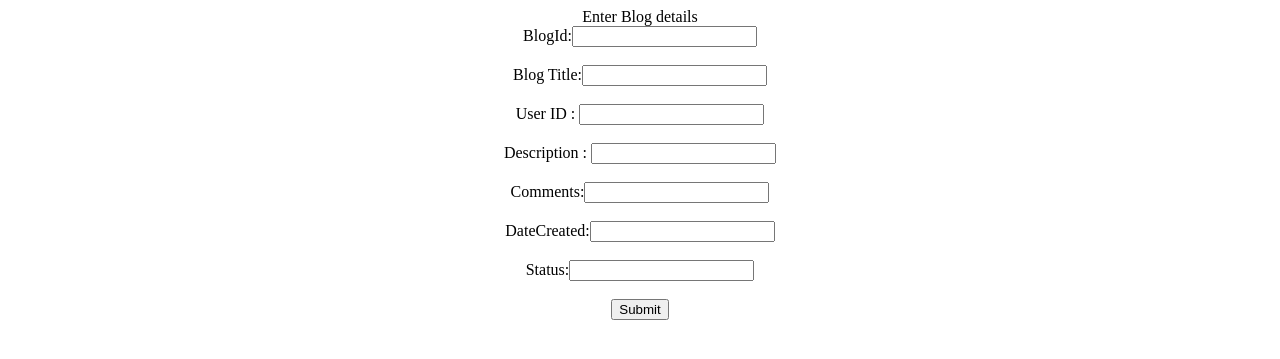
Repository: santosh345/Collabortion
Page: CollaborationFrontEnd/WebContent/c_blog/CreateBlog.html
These files come from the project's save history. The page is drawn as it stood at one moment and after the next save; the edit follows.
The browser window is 1280 px wide. The pictures show the whole page.

Above is the page before, as saved 2017-05-29 02:52:00.

### CollaborationFrontEnd/WebContent/c_blog/CreateBlog.html
<div ng-controller="BlogController as ctrl">
<center>Enter Blog details</center>
<center>
<form ng-submit="ctrl.Submit()" class="form-horizontal">

BlogId:<input type="text" ng-model="ctrl.blog.blogId"><br><br>

Blog Title:<input type="text" ng-model="ctrl.blog.blogtitle"/><br><br>

User ID : <input type="text" ng-model="ctrl.blog.blogUser_Id"/><br><br>

Description : <input type="text" ng-model="ctrl.blog.blogDescription"/><br><br>

Comments:<input type="text" ng-model="ctrl.blogcomments"/><br></br>

DateCreated:<input type="text" ng-model="ctrl.blogdatecreated"/><br></br>

Status:<input type="text" ng-model="ctrl.blogstatus"/><br></br>

<button type="button" ng-click="ctrl.Submit()">Submit</button>

</form>

</center>

</div>

After the next save:
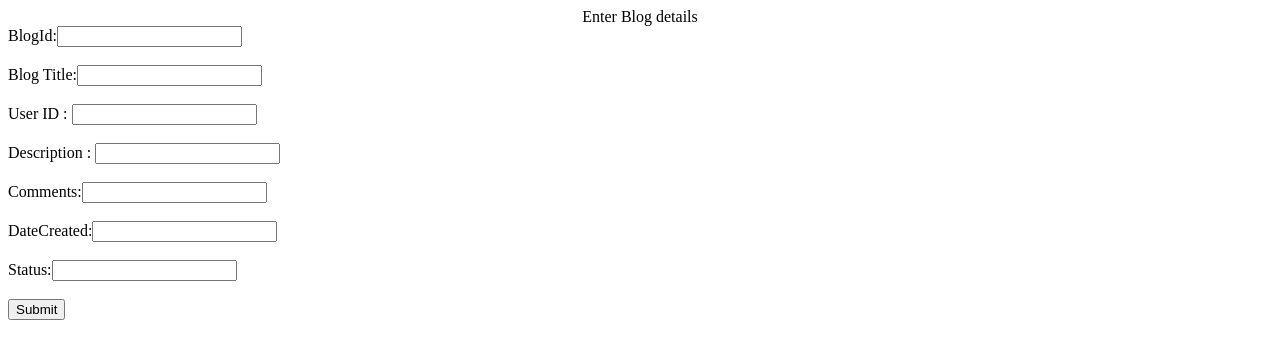
Saved 30 s later.
--- a/CollaborationFrontEnd/WebContent/c_blog/CreateBlog.html
+++ b/CollaborationFrontEnd/WebContent/c_blog/CreateBlog.html
@@ -1,6 +1,6 @@
 <div ng-controller="BlogController as ctrl">
 <center>Enter Blog details</center>
-<center>
+
 <form ng-submit="ctrl.Submit()" class="form-horizontal">
 
 BlogId:<input type="text" ng-model="ctrl.blog.blogId"><br><br>
